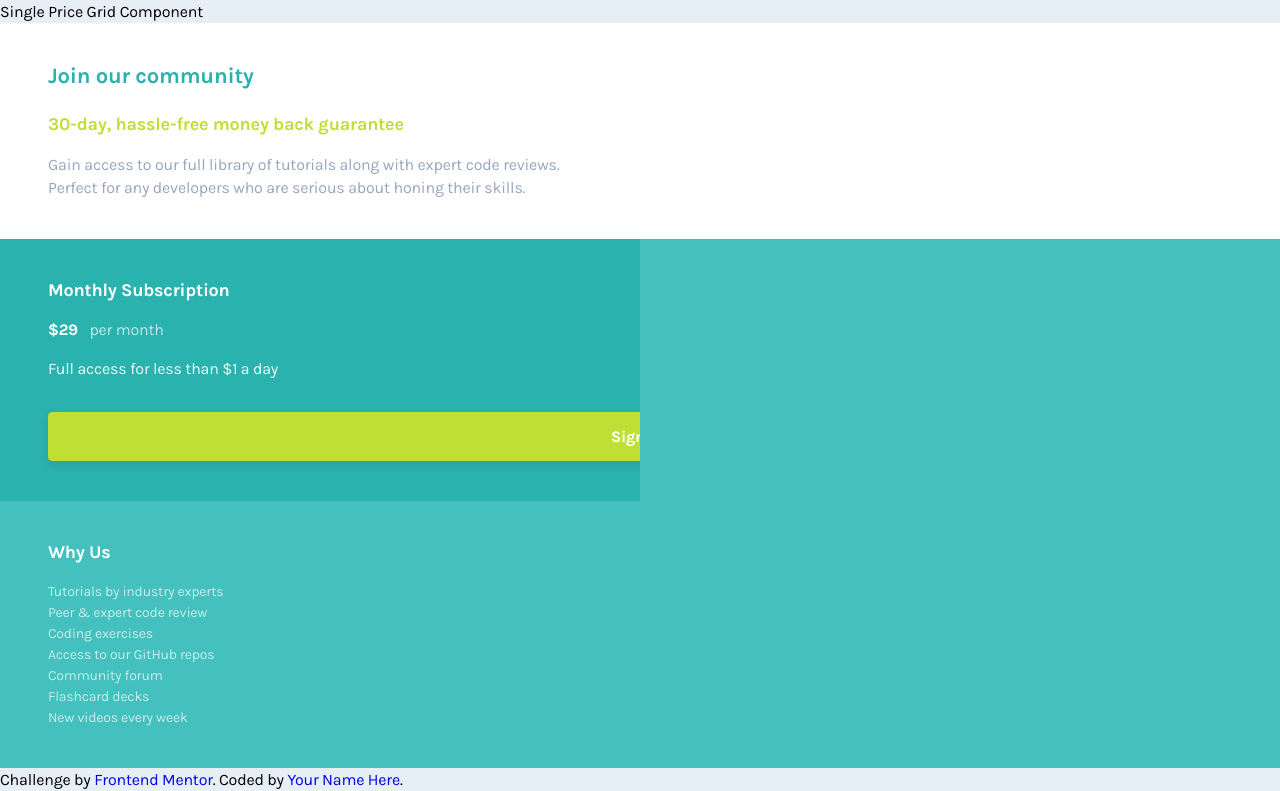
Repository: bangjuyoung/bangjuyoung
Page: practice/frontend-mentor/single-price-grid-component/index.html
These files come from the project's save history. The page is drawn as it stood at one moment and after the next save; the edit follows.
The browser window is 1280 px wide. The pictures show the whole page.

Above is the page before, as saved 2019-06-16 15:53:28.

After the next save:
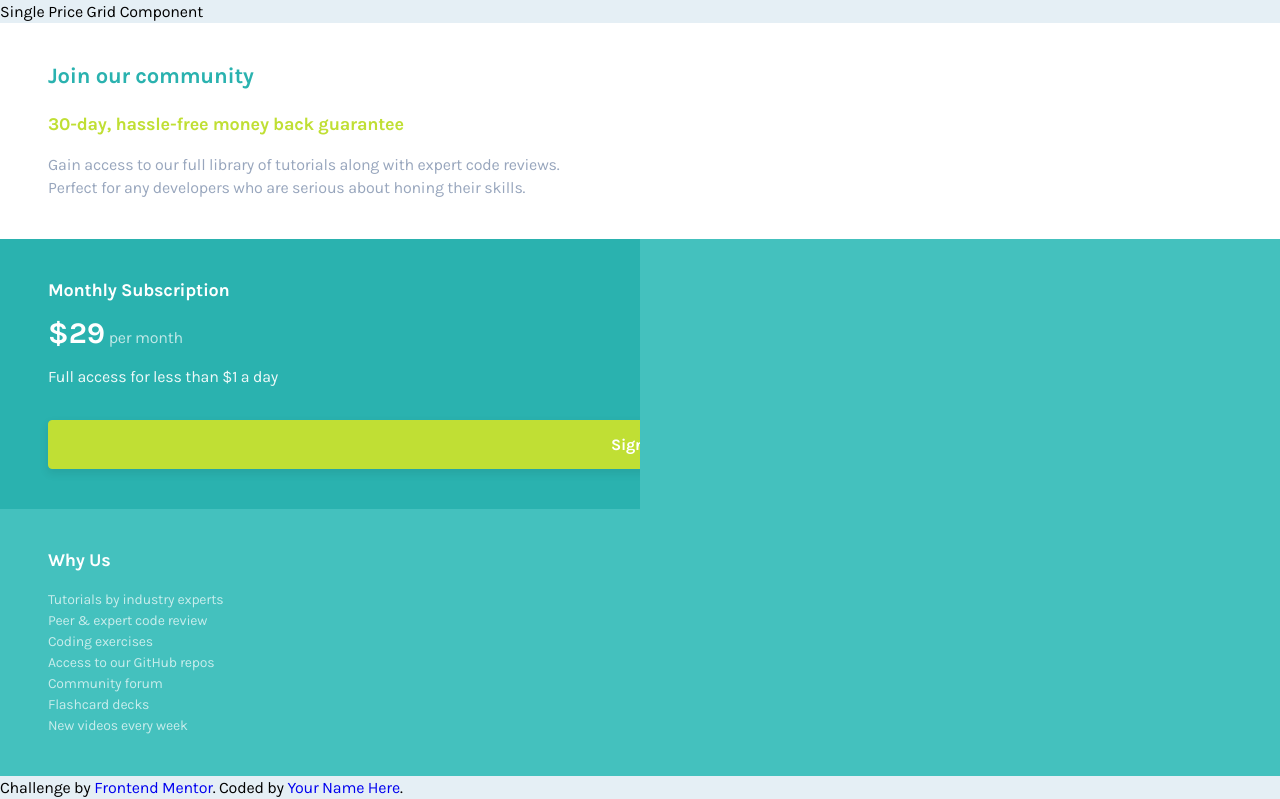
Saved 35 s later.
--- a/practice/frontend-mentor/single-price-grid-component/index.html
+++ b/practice/frontend-mentor/single-price-grid-component/index.html
@@ -31,14 +31,14 @@
           <h3 class="text-white text-subtitle">Monthly Subscription</h3>
           <div class="single-price__divider">
             <p class="text-light single-price__text">
-              <strong class="text-white single-price__display1">&dollar;29</strong> per month
+              <strong class="text-white text-display1">&dollar;29</strong> per month
             </p>
             <p class="single-price__text">Full access for less than &dollar;1 a day</p>
           </div>
           <a href="/" class="btn btn-secondary btn-block btn--float">Sign Up</a>
         </section>
 
-        <section class="theme-primary--light single-price__body text-body2 single-price3">
+        <section class="theme-primary--light text-body2 single-price__body single-price3">
           <h4 class="text-white text-subtitle">Why Us</h4>
           <p>
             Tutorials by industry experts<span class="newline"></span>
